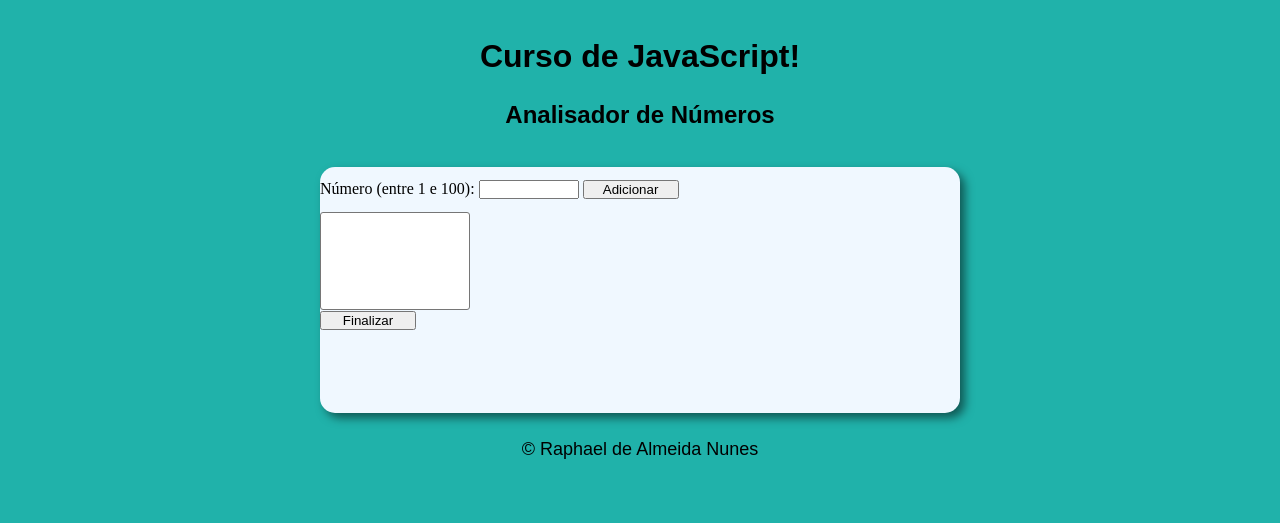
Repository: raphaanunes/codigos
Page: Cursos JavaScript/exercício/analisador de números/analisador.html
The author's editor kept a copy of each file at every save. The page is drawn from the files as they stood at one save, then again after the next save.
The browser window is 1280 px wide. The pictures show the whole page.

Above is the page before, as saved 2024-08-11 14:08:47.

### Cursos JavaScript/exercício/analisador de números/analisador.html
<!DOCTYPE html>
<html lang="pt-BR">

<head>
    <meta charset="UTF-8">
    <meta name="viewport" content="width=device-width, initial-scale=1.0">
    <title> Analisador de Números </title>

    <link rel="stylesheet" href="analisador.css">


</head>

<body>
    <h1> Curso de JavaScript!</h1>
    <h2> Analisador de Números </h2>

    <section> <!-- aqui comeca a section -->


        <div>

            Número (entre 1 e 100):
            <input type="number" name="fnum" id="fnum">
            <input type="button" id="botao" value="Adicionar" onclick="adicionar()">
            <br><select name="flista" id="flista" size="6"></select>
            <br><input type="button" id="botao" value="Finalizar">

        </div>
        <div id="res">

        </div>
    </section><!-- aqui termina o section -->

    <footer>
        <p> &copy; Raphael de Almeida Nunes </p>
    </footer>
    <script src="analisador.js"></script>
</body>

</html>

### Cursos JavaScript/exercício/analisador de números/analisador.css
@charset "UTF-8";
/* geral */
* {
    padding: 0;
    margin: 0;
}
body {
    background-color: lightseagreen;
    color: black;
}

/* seção  */
section{

    background-color: aliceblue;
    width: 50%;
    height: 10%;
    margin-left: auto;
    margin-right: auto;
    margin-top: 3%;
    border-radius: 15px;
    padding: 0% 0% 5% 0%;
    box-shadow: 5px 5px 10px rgba(0, 0, 0, 0.5);

}
h1 {
    font-family: sans-serif;
    font-size: xx-large;
    text-align: center;
    margin-top: 3%;
    color: black;
}

h2 {
    font-family: sans-serif;
    font-size: x-large;
    text-align: center;
    margin: 2%;
    color: black;
}

p{
    font-family: sans-serif;
    font-size: large;
}

    /* input */

    input{width: 15%;}
    input {margin-bottom: 1%;}
    border-radius: 3px;

    /* botao*/

input#botao{
        padding: 1%;
        width:fit-content;
        margin-left: 4%;
    }

div{padding-top: 2%;}

/* rodape */

footer{
    font-family: 'Franklin Gothic Medium', 'Arial Narrow', Arial, sans-serif;
    text-align: center;
    padding: 1%;
    color: black;

    width: 25%;
    margin-left: auto;
    margin-right:auto ;
    margin-top: 1%;
    border-radius: 15px;
}

select#flista{
    width: 150px;
    margin-left: auto;
    margin-right:auto ;
    margin-top: 1%;
    border-radius: 3px;
}

### Cursos JavaScript/exercício/analisador de números/analisador.js
let num = document.querySelector('input#fnum');
let lista = document.querySelector('select#flista');
let res = document.querySelector('div#res');
let valores = []


function isNumero(n){
    if(Number(n) >= 1 && Number(n) <= 100){
        return true
    } else {
        return false
    }
}

function inLista(n, l){
    if (l.indexOf(Number(n)) != -1){
        return true
    } else {
        return false
    }
}


function adicionar(){
    if(isNumero(num.value) && !inLista(num.value, valores)) {
    } else {
        window.alert('Valor inválido ou já encontrado na lista')
    }
}

After the next save:
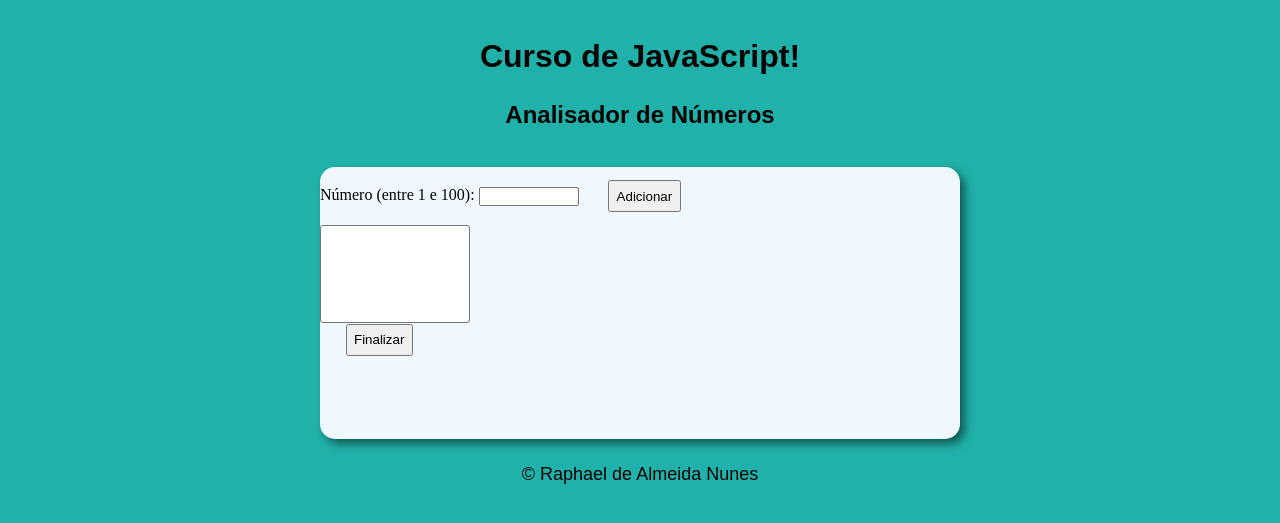
Saved 5 s later.
--- a/Cursos JavaScript/exercício/analisador de números/analisador.css
+++ b/Cursos JavaScript/exercício/analisador de números/analisador.css
@@ -48,7 +48,6 @@ p{
 
     input{width: 15%;}
     input {margin-bottom: 1%;}
-    border-radius: 3px;
 
     /* botao*/
 
